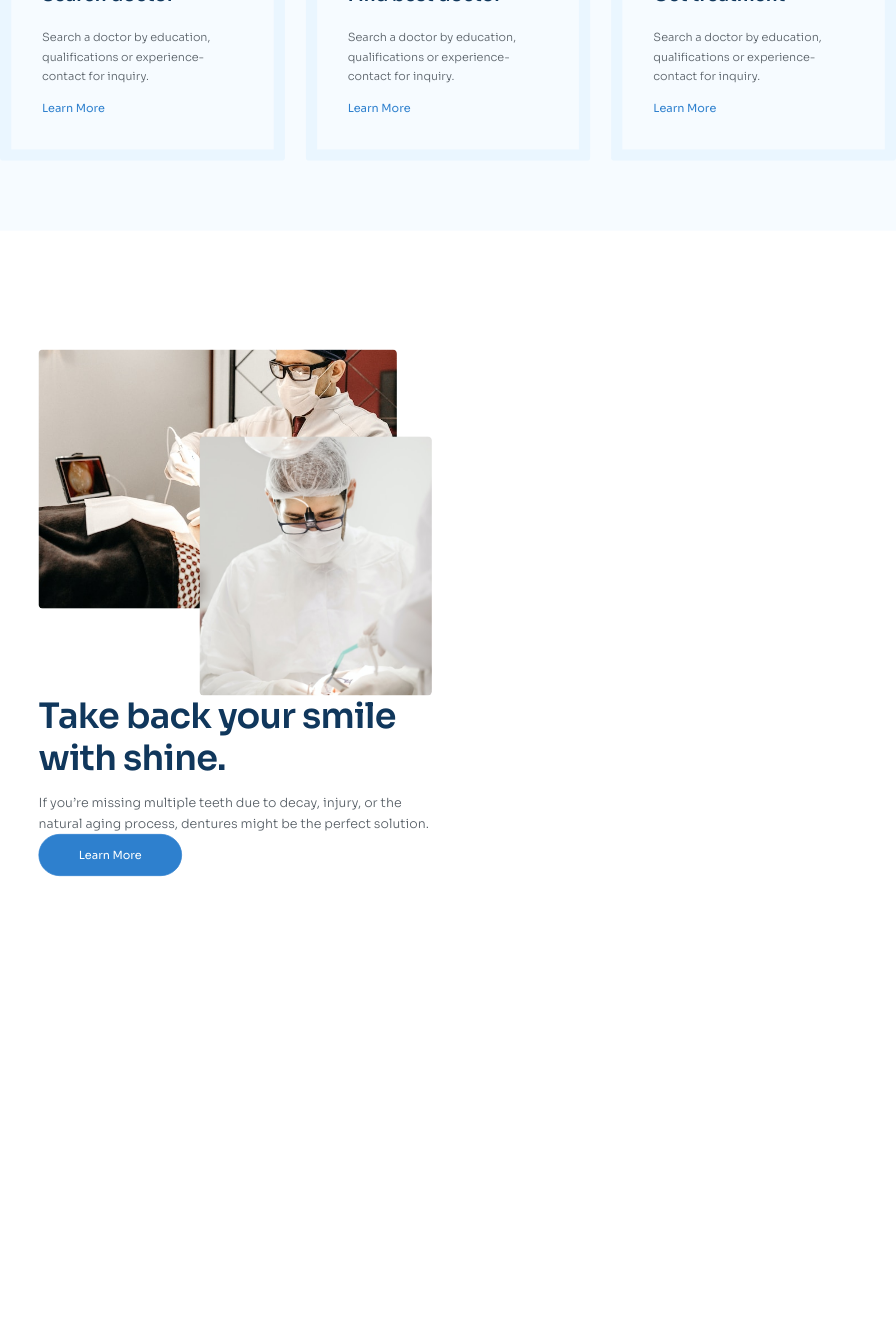
Repository: dongnguyen2112/htmlcss-project-03
Page: index.html
An editor plug-in stored every save of this project. The page is shown before and after the next save, followed by the edit.
The browser window is 1280 px wide. The pictures show the part of the page from y = 2328 to 4248 px (the page is 5720 px tall), at 70% of full size.

Above is the page before, as saved 2023-08-02 20:53:36.

After the next save:
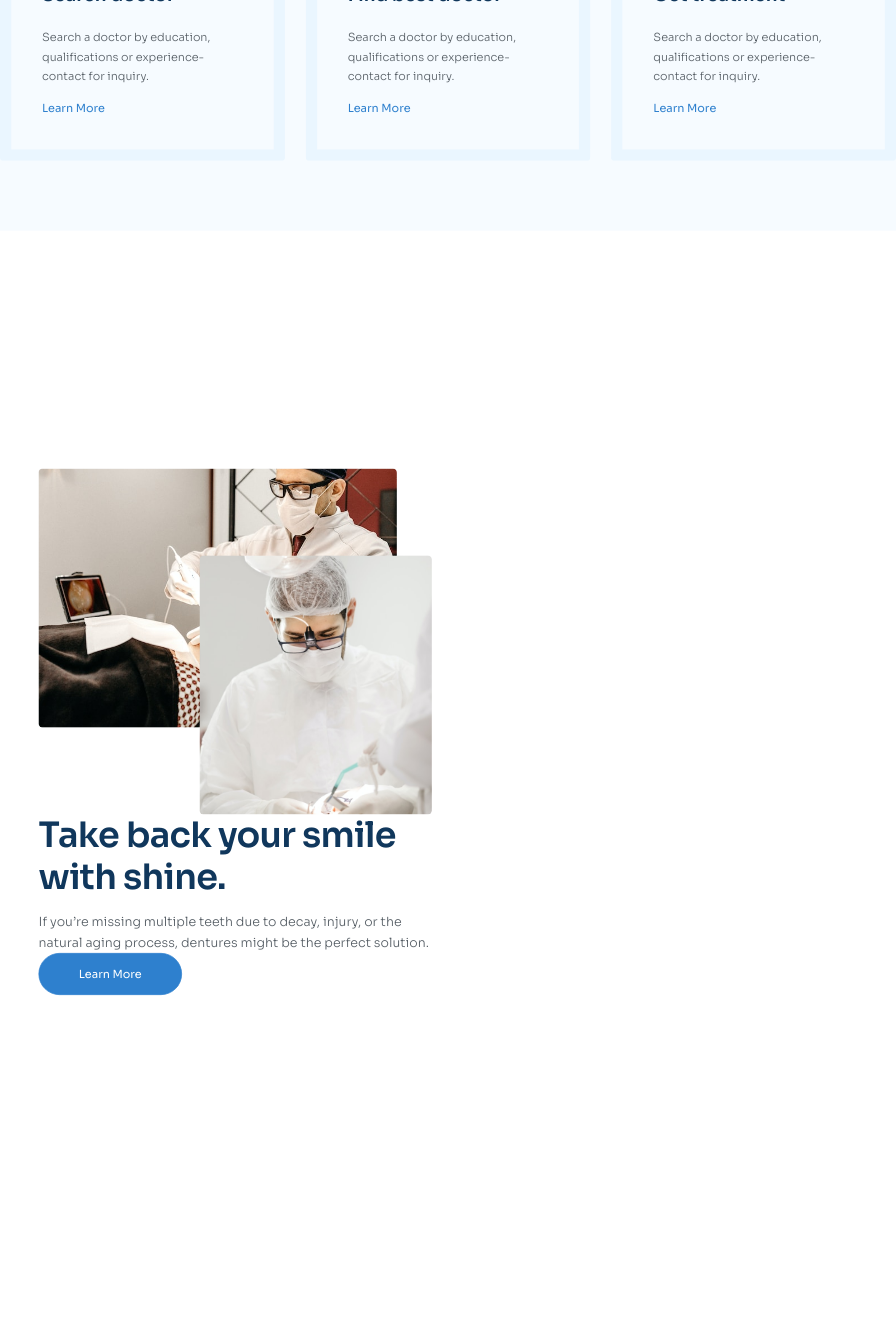
Saved 4 min 20 s later.
--- a/index.html
+++ b/index.html
@@ -337,31 +337,33 @@
             <!-- Feature -->
             <div class="feature">
                 <div class="container">
-                    <div class="feature__media">
-                        <figure class="feature__images">
-                            <img
-                                src="./assets/img/feature__1.jpg"
-                                alt=""
-                                class="feature__img"
-                            />
-                            <img
-                                src="./assets/img/feature__2.jpg"
-                                alt=""
-                                class="feature__img"
-                            />
-                        </figure>
+                    <div class="feature">
+                        <div class="feature__media">
+                            <figure class="feature__images">
+                                <img
+                                    src="./assets/img/feature__1.jpg"
+                                    alt=""
+                                    class="feature__img"
+                                />
+                                <img
+                                    src="./assets/img/feature__2.jpg"
+                                    alt=""
+                                    class="feature__img"
+                                />
+                            </figure>
+                        </div>
+                        <section class="feature__media">
+                            <h2 class="section-heading">
+                                Take back your smile with shine.
+                            </h2>
+                            <p class="section-desc">
+                                If you’re missing multiple teeth due to decay,
+                                injury, or the natural aging process, dentures might
+                                be the perfect solution.
+                            </p>
+                            <a href="#!" class="btn">Learn More</a>
+                        </section>
                     </div>
-                    <section class="feature__media">
-                        <h2 class="section-heading">
-                            Take back your smile with shine.
-                        </h2>
-                        <p class="section-desc">
-                            If you’re missing multiple teeth due to decay,
-                            injury, or the natural aging process, dentures might
-                            be the perfect solution.
-                        </p>
-                        <a href="#!" class="btn">Learn More</a>
-                    </section>
                 </div>
             </div>
         </main>

After the save that followed:
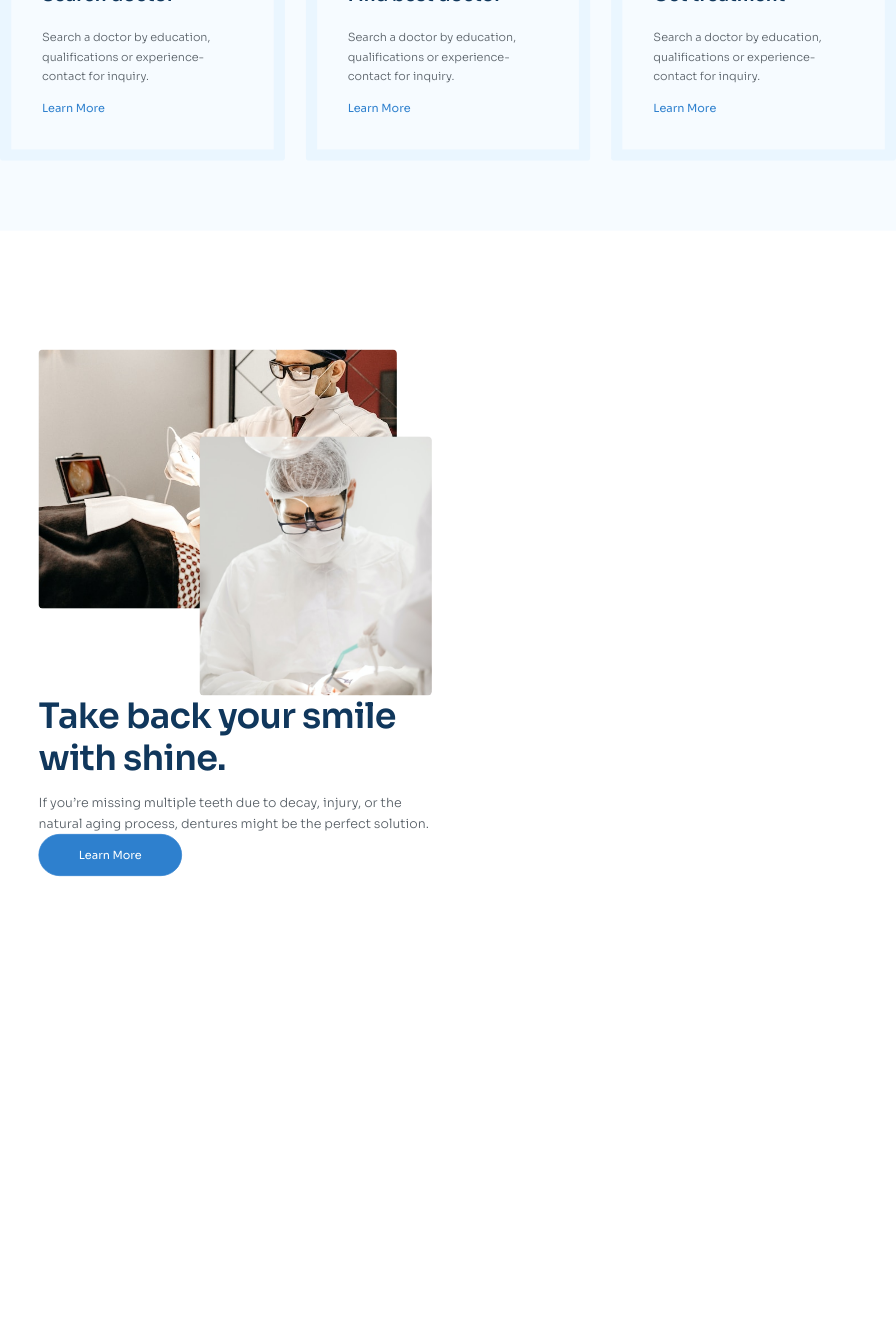
Saved 4 s later.
--- a/index.html
+++ b/index.html
@@ -337,7 +337,7 @@
             <!-- Feature -->
             <div class="feature">
                 <div class="container">
-                    <div class="feature">
+                    <div class="feature__inner">
                         <div class="feature__media">
                             <figure class="feature__images">
                                 <img
